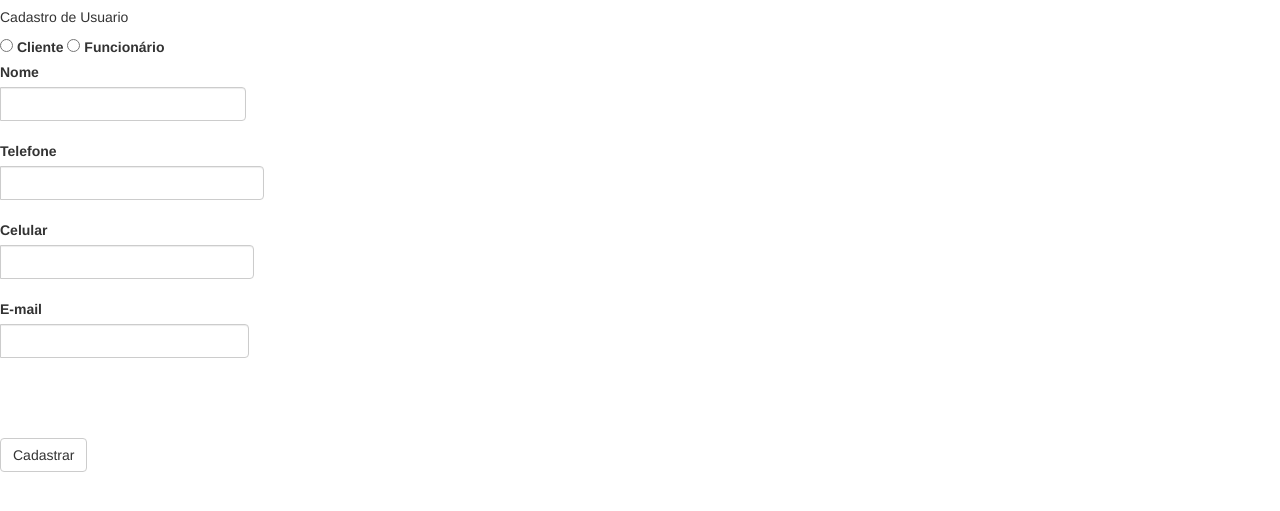
Repository: cadupedrassani/CursoDeJava
Page: Avaliação/BaseAPI/WebApp/src/main/webapp/usuario/cadastro.html
These files come from the project's save history. The page is drawn as it stood at one moment and after the next save; the edit follows.
The browser window is 1280 px wide. The pictures show the whole page.
The page's requests for data from a server got no answer.

Above is the page before, as saved 2016-12-07 18:49:48.

### Avaliação/BaseAPI/WebApp/src/main/webapp/usuario/cadastro.html
<!DOCTYPE html>
<html>
<head>
<meta charset="UTF-8">
<title>Insert title here</title>
<link rel="stylesheet" href="/WebApp/resources/css/bootstrap.min.css">
</head>
<body>
<div>
	<h5>Cadastro de Usuario</h5>
</div>

<div>
<label>
	<input type="radio"
			name="tipo-usuario"
			value="0"
			onchange="abilitarParaAparecer()"> Cliente
</label>
<label>
	<input type="radio"
			name="tipo-usuario"
			value="1"
			onchange="abilitarParaAparecer()"> Funcionário
</label>
</div>

<div class="input-group">
	<label>Nome</label>
	<input id="nome-usuario"
	       type="text"
	       class="form-control"></input>
</div>
</br>

<div class="input-group">
	<label>Telefone</label>
	<input id="telefone-usuario"
	       type="text"
	       class="form-control"></input>
</div>
</br>

<div class="input-group">
	<label>Celular</label>
	<input id="celular-usuario"
	       type="text"
	       class="form-control"></input>
</div>
</br>

<div class="input-group">
	<label>E-mail</label>
	<input id="email-usuario"
	       type="text"
	       class="form-control"></input>
</div>
</br>

<div class="input-group">
	<div id="endereco-usuario-container" />
</div>
</br>

<div id="salario-usuario-div" class="input-group" style="display:none">
	<label>Salário</label>
	<input id="salario-usuario"
	       type="text"
	       class="form-control"></input>
</div>
</br>

<div id="login-usuario-div" class="input-group" style="display:none">
	<label>Login</label>
	<input id="login-usuario"
	       type="text"
	       class="form-control"></input>
</div>
</br>

<div id="senha-usuario-div" class="input-group" style="display:none">
	<label>Senha</label>
	<input id="senha-usuario"
	       type="text"
	       class="form-control"></input>
</div>

<div class="input-group">
	<button id="cadastrar"
	        type="button"
	        class="btn btn-default gold"
	        onclick="cadastrarUsuario();">Cadastrar</button>
</div>

<div id="modal-mensagens" class="modal fade" tabindex="-1" role="dialog">
	<div class="modal-dialog" role="document">
		<div class="modal-content">
			<div class="modal-header">
				<h5 id="modal-title" class="modal-title"></h5>
			</div>
			<div class="modal-body">
				<label id="modal-mensagem"></label>
			</div>
			<div class="modal-footer">
				<button type="button"
						class="btn btn-default gold"
						data-dismiss="modal">OK</button>
			</div>
		</div>
	</div>
</div>

<script src="/WebApp/resources/js/jquery.min.js"></script>
<script src="/WebApp/resources/js/bootstrap.min.js"></script>
<script src="/WebApp/resources/js/default.js"></script>
<script src="/WebApp/resources/js/usuario.js"></script>
<script src="/WebApp/resources/js/endereco.combo.js"></script>

</body>
</html>

### Avaliação/BaseAPI/WebApp/src/main/webapp/resources/js/default.js

function abrirTelaCadastroCategoria(){
	var url = "/WebApp/categoria/cadastro.html";
	$.get(url, '', function(data){
		$('#conteudo-principal').html(data);
	})
}

function abrirTelaPesquisaCategoria(){
	var url = "/WebApp/categoria/pesquisa.html";
	$.get(url, '', function(data){
		$('#conteudo-principal').html(data)
	})
}

function abrirTelaCadastroEndereco(){
	var url = "/WebApp/endereco/cadastro.html";
	$.get(url, '', function(data){
		$('#conteudo-principal').html(data);
	})
}

function abrirTelaCadastroFilme(){
	var url = "/WebApp/filme/cadastro.html";
	$.get(url, '', function(data){
		$('#conteudo-principal').html(data);
	})
}

function abrirTelaCadastroUsuario(){
	var url = "/WebApp/usuario/cadastro.html";
	$.get(url, '', function(data){
		$('#conteudo-principal').html(data);
	})
}

### Avaliação/BaseAPI/WebApp/src/main/webapp/resources/js/endereco.combo.js
function listarEndereco(){
	var operacao = "/ControleAPI/endereco/listarEndereco";

	$.ajax({
		url: operacao
	}).done(function(data){

		var lista = data;
		var linhaTabela = '<label>Endereco</label>';
		linhaTabela += '<select id="endereco-usuario" class="form-control">';
		linhaTabela += '<option value="">Selecione...</option>';

		$('#endereco-usuario-container').html('');

		for(i=0; i < lista.length; i++){

			linhaTabela += '<option ';
			linhaTabela += 'value="' + lista[i].id + '">';
			linhaTabela += lista[i].estado;
			linhaTabela += " - " + lista[i].cidade;
			linhaTabela += '</option>';
		}
		linhaTabela += '</select>';

		$('#endereco-usuario-container').append(linhaTabela);
	})
}

$(document).ready(function(){
	listarEndereco();
})

Loaded but not shown: Avaliação/BaseAPI/WebApp/src/main/webapp/resources/css/bootstrap.min.css (library); Avaliação/BaseAPI/WebApp/src/main/webapp/resources/js/jquery.min.js (library); Avaliação/BaseAPI/WebApp/src/main/webapp/resources/js/bootstrap.min.js (library); Avaliação/BaseAPI/WebApp/src/main/webapp/resources/js/usuario.js (no copy from this time; the picture is the same without it)

After the next save:
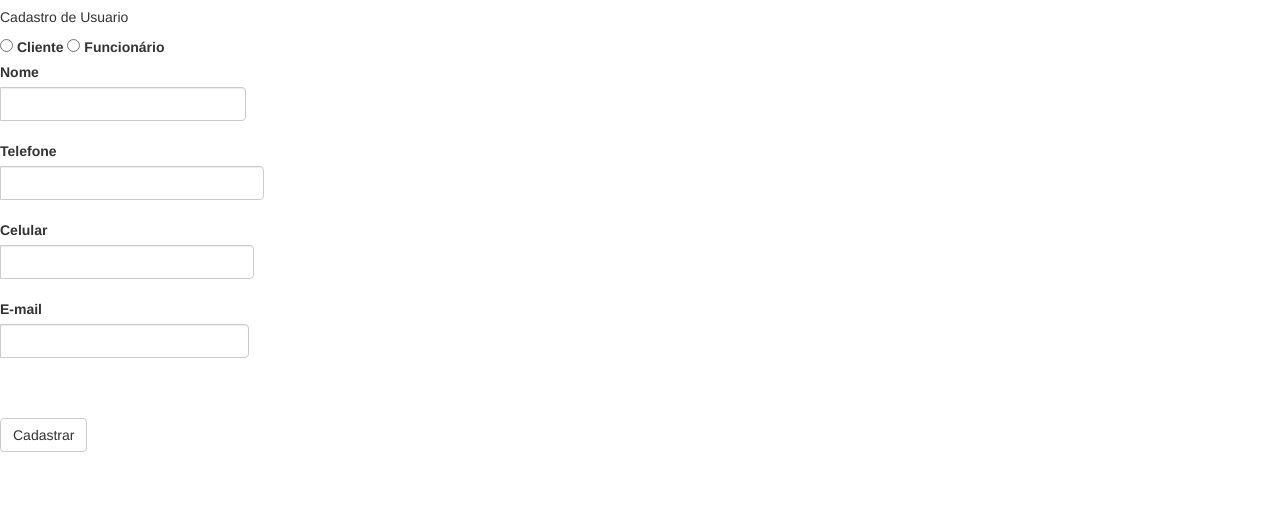
Saved 31 s later.
--- a/Avaliação/BaseAPI/WebApp/src/main/webapp/usuario/cadastro.html
+++ b/Avaliação/BaseAPI/WebApp/src/main/webapp/usuario/cadastro.html
@@ -75,14 +75,15 @@
 	<input id="login-usuario"
 	       type="text"
 	       class="form-control"></input>
+	       </br>
 </div>
-</br>
 
 <div id="senha-usuario-div" class="input-group" style="display:none">
 	<label>Senha</label>
 	<input id="senha-usuario"
 	       type="text"
 	       class="form-control"></input>
+	       </br>
 </div>
 
 <div class="input-group">
